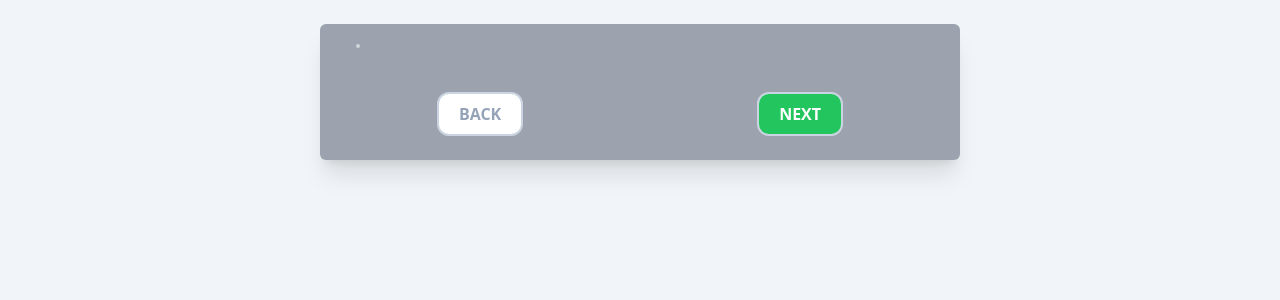
Repository: OmniaRafat232111121/reactstepper
Page: /
The author's editor kept a copy of each file at every save. The page is drawn from the files as they stood at one save, then again after a run of saves.
The browser window is 1280 px wide. The pictures show the whole page.
The project was rebuilt for these pictures with package versions that can differ from the ones it lists, and the page was loaded fresh each time. Also part of the build but not shown: src/App.css.

Above is the page before, as saved 2023-02-22 00:00:27.

After the next 3 saves:
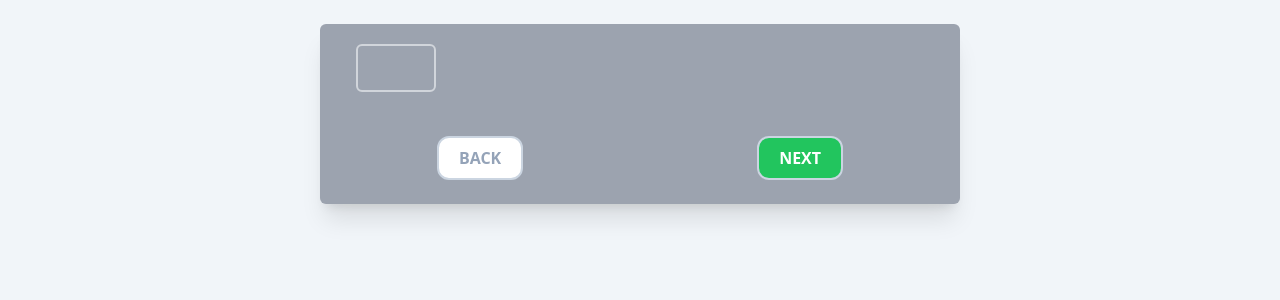
The 3 saves are shown as one change because they came seconds apart.
The last was saved 35 s later.
--- a/src/Component/Stepper.js
+++ b/src/Component/Stepper.js
@@ -4,7 +4,7 @@ const Stepper = () => {
   return (
     <div className=' mx-4 my-6 p-5 flex justify-between items-center'>
         <div className='relative flex flex-col items-center text-teal-500'>
-        <div className='rounded-full transition duration-200 ease-in-out rounded-md border-2 border-gray-300'>{/* Display number*/ }
+        <div className='rounded-full transition duration-200 ease-in-out rounded-md border-2 border-gray-300 h-12 w-20'>{/* Display number*/ }
         </div>
       <div>
         {/* Display decsription*/ }
